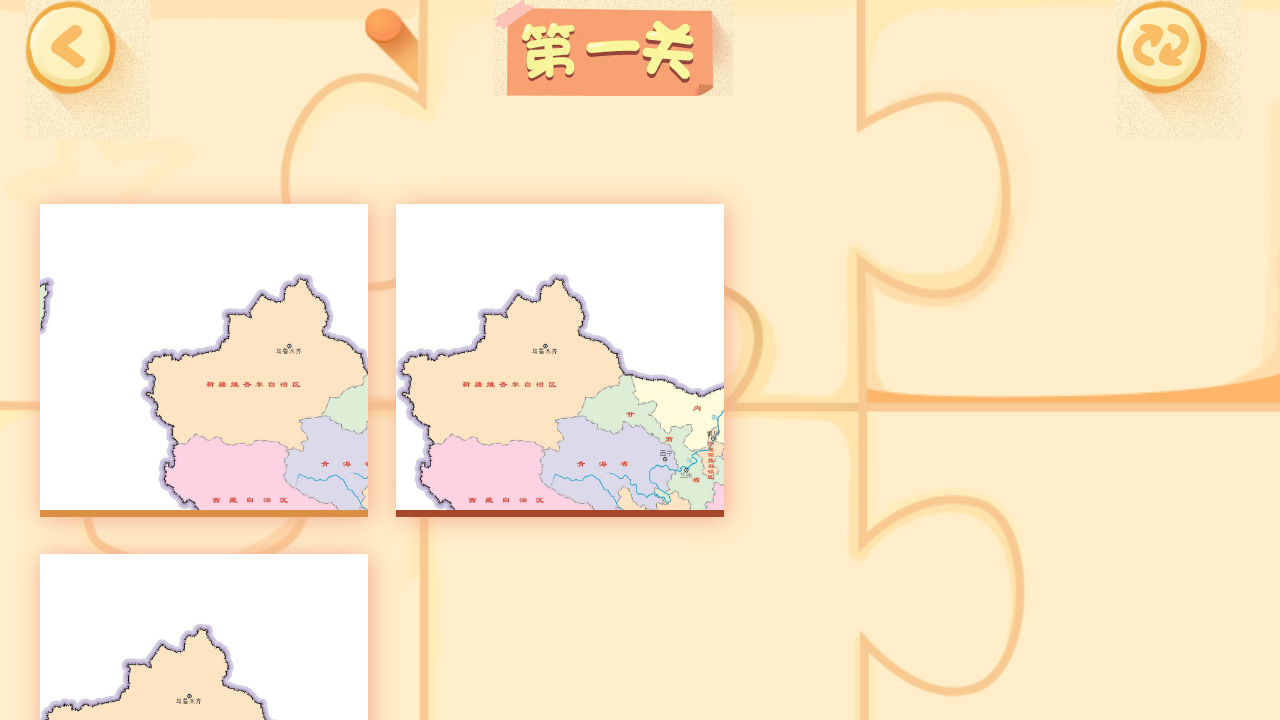
Repository: RedrockTeam/China-map-puzzle
Page: /#/choose/first
The author's editor kept a copy of each file at every save. The page is drawn from the files as they stood at one save, then again after the next save.
The browser window is 1280 px wide. The pictures show the whole page.
Some web fonts or font styles are not loaded; a fallback is used. The project was rebuilt for these pictures with package versions that can differ from the ones it lists, and the page was loaded fresh each time. Also part of the build but not shown: vue.config.js, src/network/request.js, src/views/home.vue, src/views/choose.vue, src/views/pass.vue, src/components/dialog.vue. Imported but missing from the stored project, and not drawn on this page: src/views/rankList1, src/views/rankList2, src/views/rankList3, src/views/rankList4.

Above is the page before, as saved 2019-09-24 19:25:18.

### public/index.html
<!DOCTYPE html>
<html lang="en">

<head>
  <meta charset="utf-8">
  <meta http-equiv="X-UA-Compatible" content="IE=edge">
  <meta name="viewport" content="width=device-width,initial-scale=1.0">
  <link rel="icon" href="<%= BASE_URL %>favicon.ico">
  <title>puzzle-game</title>
</head>

<body>
  <noscript>
    <strong>We're sorry but my doesn't work properly without JavaScript enabled. Please enable it to continue.</strong>
  </noscript>
  <div id="app"></div>
  <!-- built files will be auto injected -->


 </body>
</html>

### src/main.js
import Vue from 'vue'
import App from './App.vue'
import router from './router'
import store from './store'
// import ApiService from './common/service/api'

import './assets/styles/common.css'
import './assets/font/font.css'

// Vue.config.productionTip = false

// ApiService.init()

new Vue({
  router,
  store,
  render: h => h(App)
}).$mount('#app')

### src/App.vue
<template>
  <div>
    <router-view></router-view>
  </div>
</template>

<script>
export default {
  name: 'App',
  data() {
    return {};
  }
};
</script>
<style>
</style>

### src/router/index.js
import Vue from 'vue'
import Router from 'vue-router'
import Home from '../views/home.vue'
import Choose from '../views/choose.vue'
import Result from '../views/result.vue'
import Pass from '../views/pass.vue'
import Button from '../components/dialog.vue'
import First from '../views/first.vue'


Vue.use(Router)

export default new Router({
  routes: [{
    path: '/',
    redirect: '/home'
  },
  {
    path: '/home',
    name: 'home',
    component: Home,
  },
  {
    path: '/pass',
    name: 'pass',
    component: Pass,
  },
  {
    path: '/result',
    name: 'result',
    component: Result,
  },
  {
    path: '/button',
    name: 'button',
    component: Button,
  },
  {
    path: '/choose',
    name: 'choose',
    component: First,
    children: [{
      path: 'first',
      name: 'first',
      component: () => import('../views/first.vue'),
      children: [{
        path: 'rank',
        name: 'rankList1',
        component: () => import('../views/rankList1')
      }

      ]
    },
    {
      path: 'second',
      name: 'second',
      component: () => import('../views/second.vue'),
      children: [{
        path: 'rank',
        name: 'rankList2',
        component: () => import('../views/rankList2')
      }

      ]
    },
    {
      path: 'third',
      name: 'third',
      component: () => import('../views/third.vue'),
      children: [{
        path: 'rank',
        name: 'rankList3',
        component: () => import('../views/rankList3')
      }

      ]
    },
    {
      path: 'forth',
      name: 'forth',
      component: () => import('../views/forth.vue'),
      children: [{
        path: 'rank',
        name: 'rankList4',
        component: () => import('../views/rankList4')
      }

      ]
    }
    ]

  }
  ]


})

### src/store/index.js
import Vue from 'vue'
import Vuex from 'vuex'
import {
  isContext
} from 'vm';

Vue.use(Vuex)

export default new Vuex.Store({
  state: {
    time: {
      minute: 0,
      second: 0,
      millisecond: 0,
      timecount: '00:00:00',
    },
  },
  mutations: {
    //开始
    start() {
      var that = this;
      //停止（暂停）
      clearInterval(time);
      //时间重置
      that.setData({
        minute: 0,
        second: 0,
        millisecond: 0,
      })
      time = setInterval(function () {
        that.timer()
      }, 50);
      time = () => {
        that.timer()
      }
    },
    //停止
    stop() {
      var that = this
      clearInterval(intt);
      that.setData({
        minute: 0,
        second: 0,
        millisecond: 0,
        timecount: '00:00:00',
      })
    },
    timer() {
      var that = this;
      console.log(that.data.millisecond)
      that.setData({
        millisecond: that.data.millisecond + 5
      })
      if (that.data.millisecond >= 100) {
        that.setData({
          millisecond: 0,
          second: that.data.second + 1
        })
      }
      if (that.data.second >= 60) {
        that.setData({
          second: 0,
          minute: that.data.minute + 1
        })
      }
      that.setData({
        timecount: that.data.minute + ":" + that.data.second + ":" + that.data.millisecond
      })
    },
  },
  actions: {
    // time = setInterval(function () {
    //   context.commit('time')
    // }, 50)
  }
})

### src/assets/styles/common.css
/* global */
* {
    margin: 0;
    padding: 0;
}

html {
    overflow-y: scroll;
    overflow-x: hidden;

}

html,
body {
    width: 100%;
}

a {
    text-decoration: none;
    text-align: center;
    cursor: pointer;
    color: black;
    outline: none;
}

a:hover {
    text-decoration: underline;
}

ul,
ol {
    list-style: none;
}

.clear {
    clear: both;
}

### src/assets/font/font.css
@font-face {
    font-family: "Tanuki";
    font-weight: normal;
    font-style: normal;
    src: url('./Tanuki.ttf') format('truetype');
}

@font-face {
    font-family: "Cotton";
    font-weight: normal;
    font-style: normal;
    src: url('./cotton.ttf') format('truetype');
}

### src/views/result.vue
<template>
  <div class="bg">
    <div class="head">
      <div class="back"></div>
      <div class="title"></div>
      <div class="front"></div>
    </div>

    <div class="contain">
      <div class="score">
        <div>
          <p>
            <span class="clock"></span>
            <span class="word">我的时间：</span>
          </p>
          <p>
            <i class="grade"></i>
            <span class="word">我的成绩：</span>
          </p>
        </div>
      </div>
      <div class="list">
        <p class="list_item first">
          <span class="icon"></span>
          <span class="nickname">这是我的昵称</span>
          <span class="time">10s</span>
        </p>
        <p class="list_item second">
          <span class="icon"></span>
          <span class="nickname">这是我的昵称</span>
          <span class="time">10s</span>
        </p>
        <p class="list_item third">
          <span class="icon"></span>
          <span class="nickname">这是我的昵称</span>
          <span class="time">10s</span>
        </p>
        <p class="list_item">
          <span class="normal">4</span>
          <span class="nickname">这是我的昵称</span>
          <span class="time">10s</span>
        </p>
        <p class="list_item">
          <span class="normal">4</span>
          <span class="nickname">这是我的昵称</span>
          <span class="time">10s</span>
        </p>
      </div>
    </div>
    <div class="line"></div>
  </div>
</template>

<style>
.bg {
  position: absolute;
  top: 0;
  left: 0;
  height: 100%;
  width: 100%;
  background: url("../assets/img/pass/background.png");
  background-size: cover;
}
.head {
  display: flex;
  margin-top: 60px;
  margin-left: 50px;
}

.back {
  background: url("../assets/img/ranking/back.png");
  width: 93px;
  height: 97px;
  background-size: cover;
  margin-right: 120px;
}
.title {
  background: url("../assets/img/ranking/ranking_title.png") no-repeat;
  width: 260px;
  height: 200px;
  background-size: 100%;
  margin-left: -40px;
}
.front {
  background: url("../assets/img/ranking/front.png");
  width: 93px;
  height: 97px;
  background-size: cover;
  margin-left: 80px;
}

.contain {
  width: 650px;
  height: 850px;
  background: #ffae72;
  margin: -15px auto 0;
}

.score {
  width: 617px;
  height: 206px;
  background: url("../assets/img/ranking/result.png");
  background-size: cover;
  padding-top: 40px;
}
.score div {
  margin-top: 20px;
  margin-left: 20px;
}

.word {
  letter-spacing: 5px;
}

.score p {
  color: #ffae72;
  font-weight: bold;
  font-size: 35px;
  padding-top: 20px;
  margin: 0 auto;
  width: 250px;
  margin-left: 50px;
  margin-top: 10px;
}

.clock,
.grade {
  width: 29px;
  height: 29px;
  display: inline-block;
  margin-right: 10px;
}
.clock {
  background: url("../assets/img/ranking/clock.png") no-repeat;
  background-size: cover;
}
.grade {
  background: url("../assets/img/ranking/list.png") no-repeat;
  background-size: cover;
}
.list {
  height: 520px;
  overflow: auto;
  margin-top: 20px;
}
::-webkit-scrollbar {
  display: none;
}
.list_item {
  background: url("../assets/img/ranking/box.png");
  width: 580px;
  height: 125px;
  background-size: cover;
  margin-left: 50px;
  display: flex;
}
.icon {
  display: inline-block;
  width: 81px;
  height: 82px;
  margin: 15px 35px;
}
.first .icon {
  background: url("../assets/img/ranking/first.png");
  background-size: cover;
}
.second .icon {
  background: url("../assets/img/ranking/second.png");
  background-size: cover;
}
.third .icon {
  background: url("../assets/img/ranking/third.png");
  background-size: cover;
}
.nickname {
  color: #ffae72;
  font-size: 35px;
  font-weight: bold;
  display: inline-block;
  margin-top: 30px;
  font-family: Tanuki;
}
.time,
.normal {
  margin-left: auto;
  margin-right: 80px;
  font-weight: bold;
  display: inline-block;
  margin-top: 20px;
  color: #ff7b5c;
  font-size: 50px;
}

.line {
  width: 570px;
  height: 36px;
  background: url("../assets/img/ranking/line.png");
  background-size: cover;
  margin-left: 100px;
  margin-top: -50px;
}
</style>

<script>
export default {};
</script>

### src/views/first.vue
<template>
  <div class="game">
    <div class="header">
      <div class="back_shadow">
        <div class="back" @click="toHome"></div>
      </div>
      <div class="title">
        <img src="../assets/img/game/one.png" />
      </div>
      <div class="refresh_shadow">
        <div class="refresh"></div>
      </div>
    </div>
    <div class="main">
      <div class="piece chosen first"></div>
      <div class="second"></div>
      <div class="piece third"></div>
      <div class="piece four"></div>
    </div>
    <div class="showpic_shadow">
      <div class="showpic" @click="showPic">长按可看3s原图</div>
    </div>
  </div>
</template>

<script>
// 因为图还没出来，先把first的内容写在这
export default {};
</script>
<style lang="scss" scoped>
.game {
  position: absolute;
  top: 0;
  left: 0;
  height: 100%;
  width: 100%;
  background: url("../assets/img/pass/background.png");
  background-size: cover;
  overflow: hidden;
  .header {
    width: 95%;
    height: 140px;
    margin: 0 auto 24px 25px;
    display: inline-flex;
    justify-content: space-between;
    .back_shadow {
      width: 125px;
      height: 139px;
      background-image: url("../assets/img/common/btn_sbg.jpg");
      background-repeat: no-repeat;
      background-position: 0% 0%;
      background-size: contain;
      .back {
        width: 92px;
        height: 95px;
        background-image: url("../assets/img/common/back.png");
        background-repeat: no-repeat;
        background-position: 0% 0%;
        background-size: contain;
      }
    }
    .title {
      width: 240px;
      height: 96px;
      background-image: url("../assets/img/game/title_bg.jpg");
      background-repeat: no-repeat;
      background-position: 0% 0%;
      background-size: contain;

      display: flex;
      justify-content: center;
      align-items: center;
      img {
        width: 54px;
        height: 17px;
      }
    }
    .refresh_shadow {
      width: 125px;
      height: 139px;
      background-image: url("../assets/img/common/btn_sbg.jpg");
      background-repeat: no-repeat;
      background-position: 0% 0%;
      background-size: contain;
      .refresh {
        width: 92px;
        height: 95px;
        background-image: url("../assets/img/common/refresh.png");
        background-repeat: no-repeat;
        background-position: 0% 0%;
        background-size: contain;
      }
    }
  }
  .main {
    width: 750px;
    height: 700px;

    padding: 26px;
    display: flex;
    flex-wrap: wrap;
    .piece {
      width: 328px;
      height: 306px;
      box-shadow: 2px 2px 24px #f3a98f;
      margin: 14px 14px 0 14px;
      border-bottom: 7px solid #a6492b;
      background: url("../assets/img/button/map.jpg");
      background-size: 200%;
    }
    .first {
      background-position-x: 100px;
    }
    .second {
      background-position-x: 328px;
      background: url("../assets/img/button/map.jpg");
      background-size: 200%;
    }
    .chosen {
      border-bottom: 7px solid #da8f43;
      img {
        border: 5px solid #fef1ba;
      }
    }
  }
  .showpic_shadow {
    width: 560px;
    height: 173px;
    margin: 60px auto auto 154px;
    background-image: url("../assets/img/game/showpic_sbg.jpg");
    background-repeat: no-repeat;
    background-position: 0% 0%;
    background-size: contain;

    .showpic {
      width: 458px;
      height: 107px;
      background-image: url("../assets/img/game/showpic_bg.png");
      background-repeat: no-repeat;
      background-position: 0% 0%;
      background-size: contain;
      text-align: center;
      line-height: 107px;
      font-family: "Cotton";
      font-size: 50px;
      color: #fffcad;
    }
  }
}
</style>

After the next save:
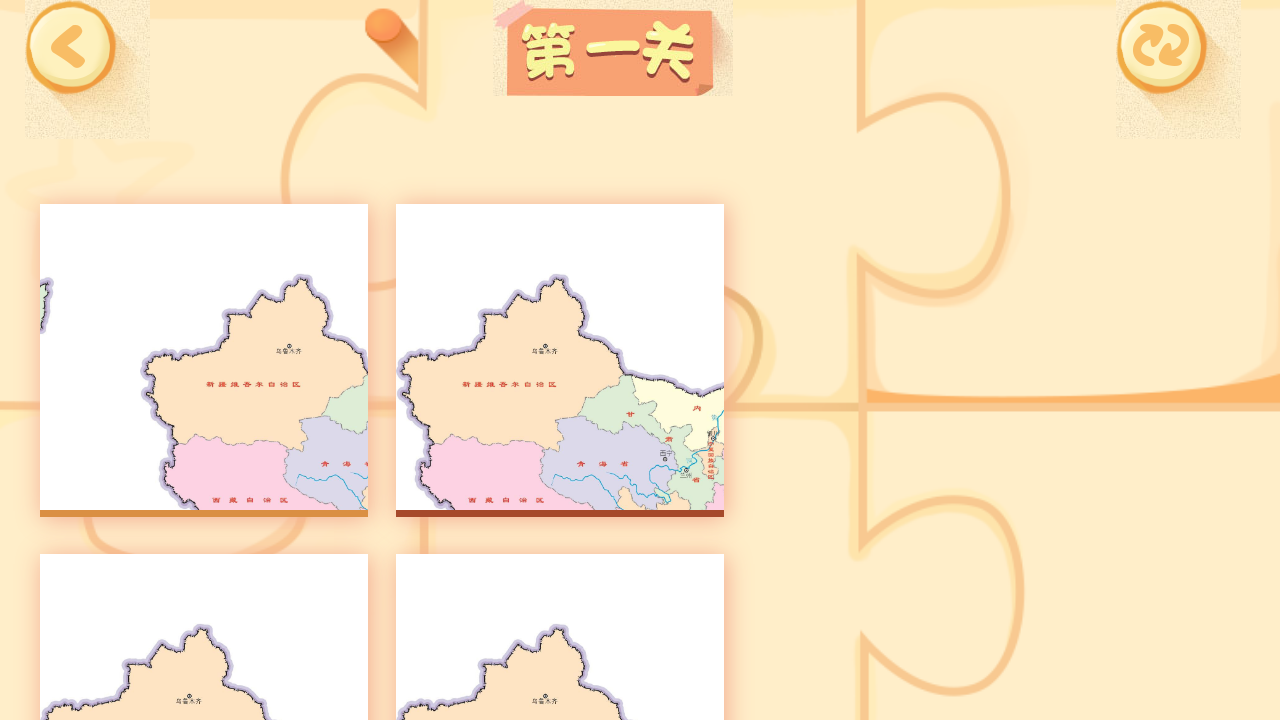
Saved 44 s later.
--- a/src/views/first.vue
+++ b/src/views/first.vue
@@ -13,7 +13,7 @@
     </div>
     <div class="main">
       <div class="piece chosen first"></div>
-      <div class="second"></div>
+      <div class="piece second"></div>
       <div class="piece third"></div>
       <div class="piece four"></div>
     </div>
